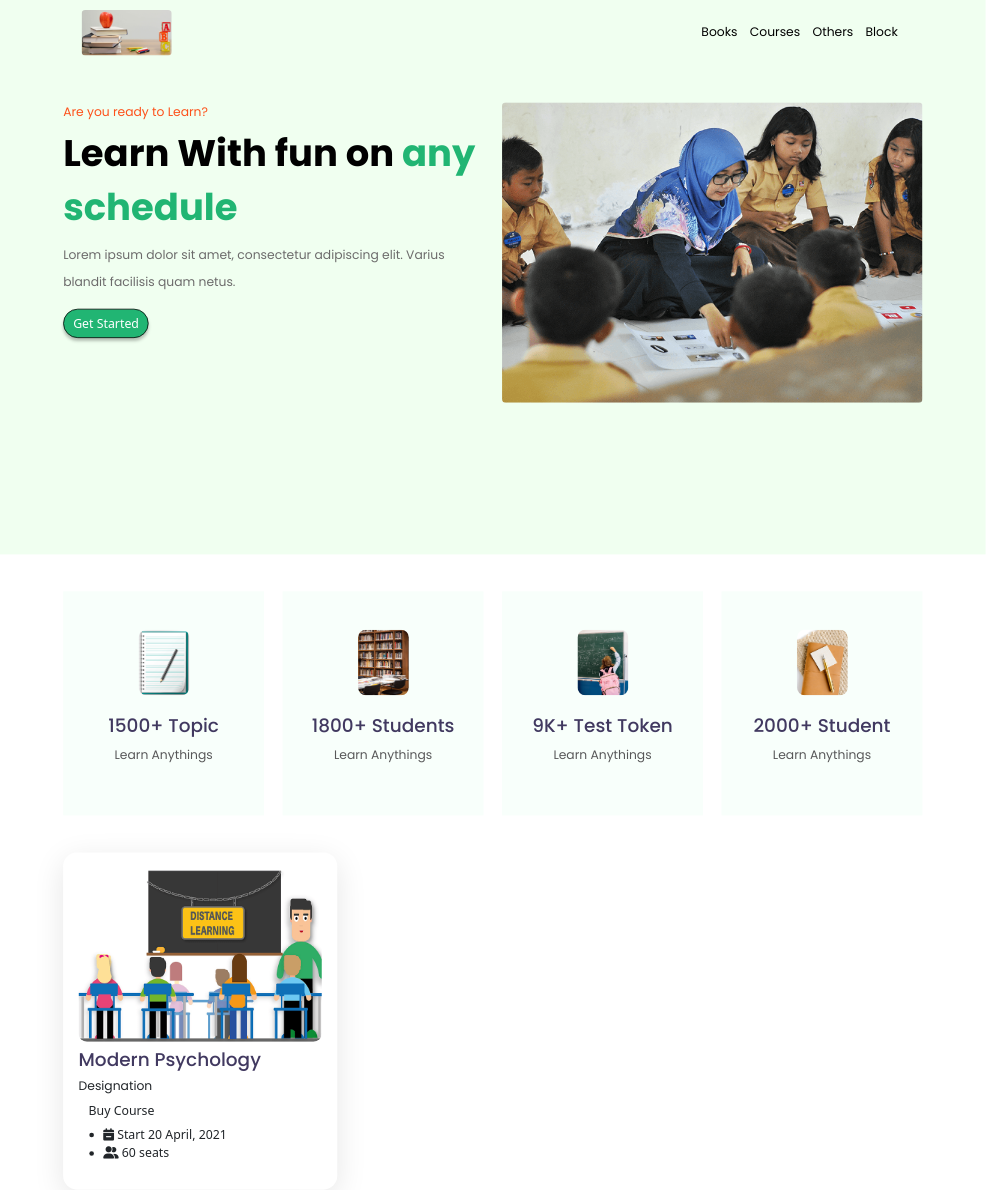
Repository: zjria/Figma-to-E-school
Page: index.html
An editor plug-in stored every save of this project. The page is shown before and after the next save, followed by the edit.
The browser window is 1280 px wide. The pictures show the whole page, at 77% of full size.
Some web libraries are served in a nearby version.

Above is the page before, as saved 2022-05-07 07:57:59.

After the next save:
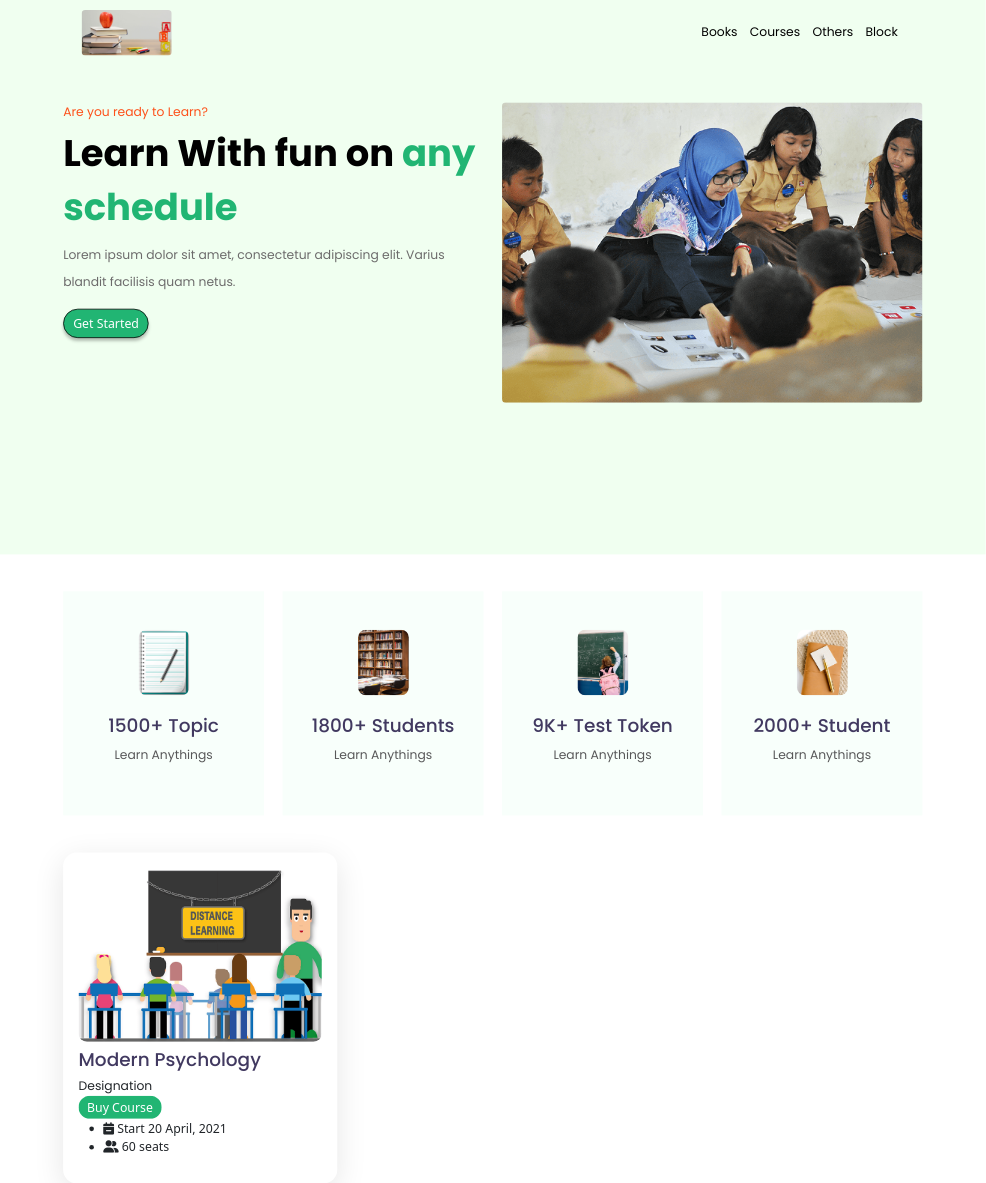
Saved 3 min 20 s later.
--- a/style.css
+++ b/style.css
@@ -106,7 +106,8 @@ font-weight: 400;
 line-height: 24px;}
 .course .btn-cours{
 
-}
+background: #21B573;
+border-radius: 33px;color: #fff;padding: 2px 10px;}
 .course ul{
 
 }
